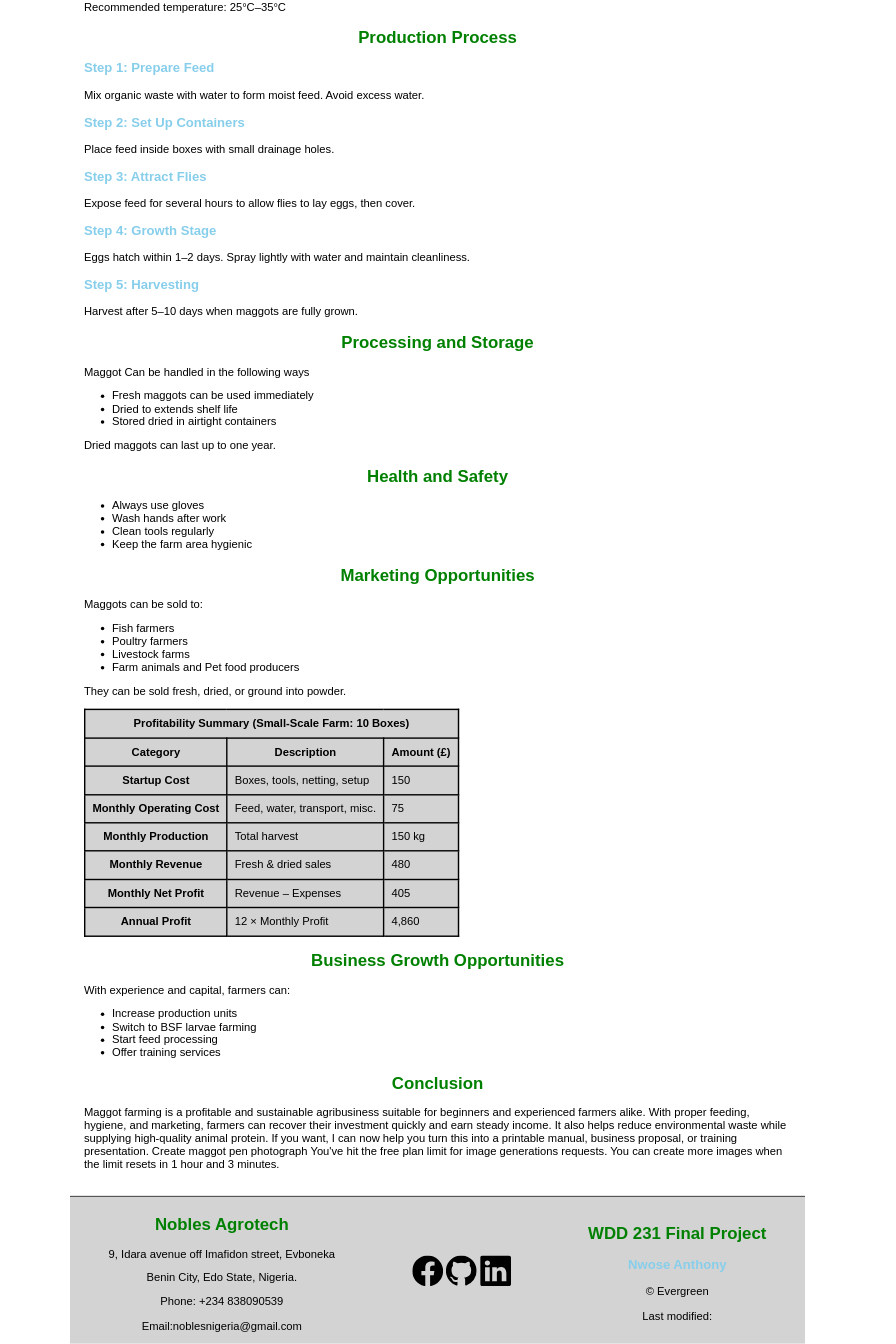
Repository: NoblesNigeria/articles
Page: maggot/index.html
An editor plug-in stored every save of this project. The page is shown before and after the next save, followed by the edit.
The browser window is 1280 px wide. The pictures show the part of the page from y = 1648 to 3568 px (the page is 3568 px tall before and 3540 px after), at 70% of full size.

Above is the page before, as saved 2026-02-23 11:29:56.
Console error: TypeError: Cannot read properties of null (reading 'addEventListener')

After the next save:
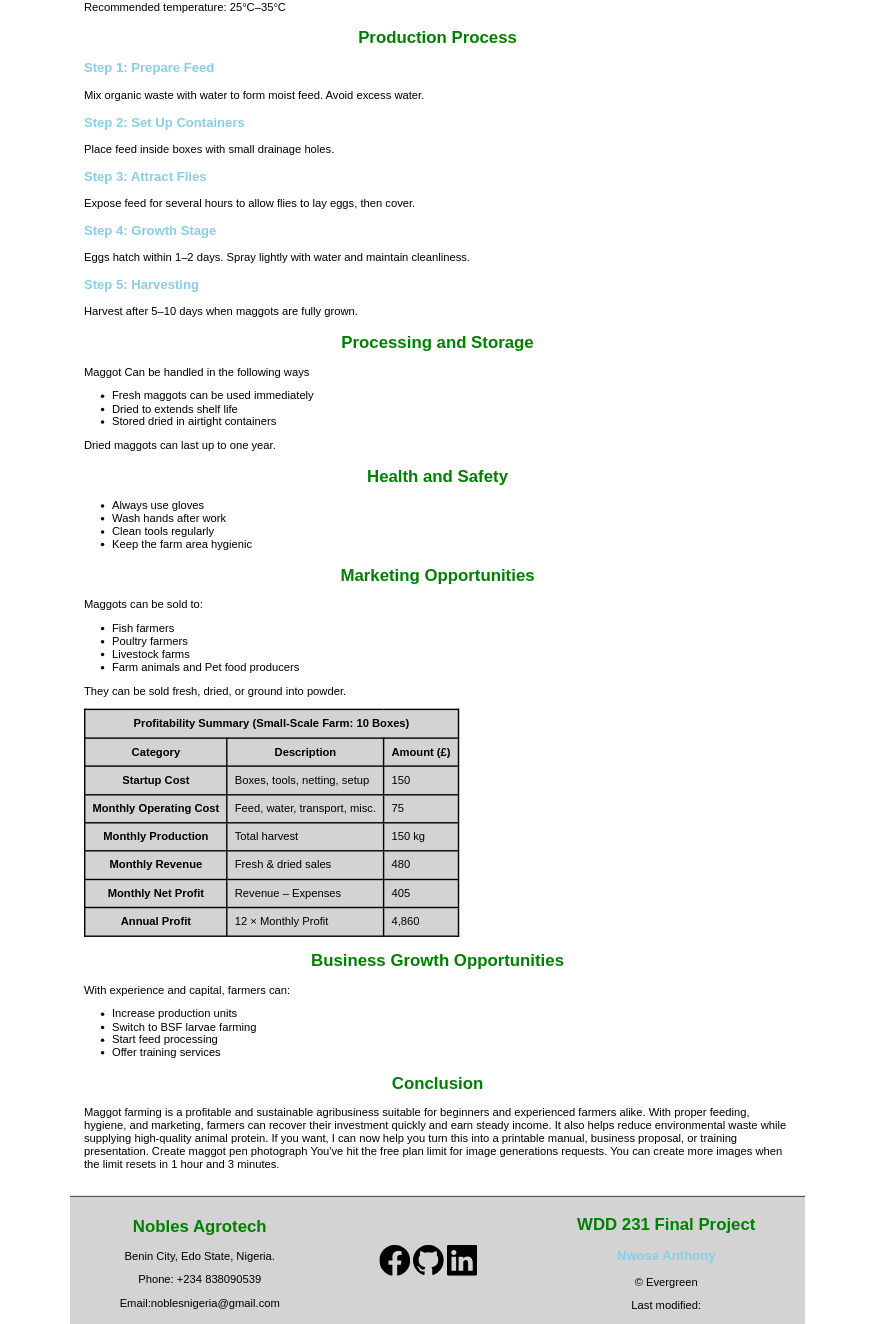
Saved 9 min 4 s later.
--- a/maggot/index.html
+++ b/maggot/index.html
@@ -241,7 +241,7 @@
     <footer>
         <aside class="contact">
             <h2>Nobles Agrotech</h2>
-            <p>9, Idara avenue off Imafidon street, Evboneka </p>
+
             <p>Benin City, Edo State, Nigeria.</p>
             <p>Phone: +234 838090539</p>
             <p>Email:noblesnigeria@gmail.com</p>
